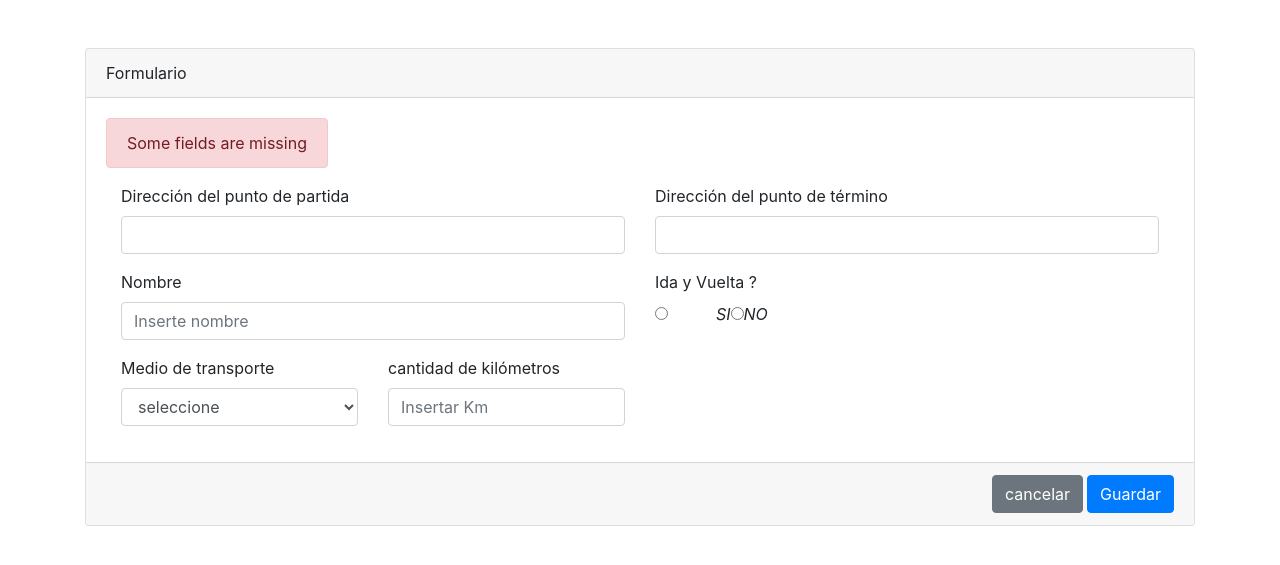
Repository: Jassan851031/foreachTask
Page: /
The author's editor kept a copy of each file at every save. The page is drawn from the files as they stood at one save, then again after the next save.
The browser window is 1280 px wide. The pictures show the whole page.
The project was rebuilt for these pictures with package versions that can differ from the ones it lists, and the page was loaded fresh each time. Also part of the build but not shown: src/App.css.

Above is the page before, as saved 2020-03-23 13:53:19.

### src/index.js
import React from 'react';
import ReactDOM from 'react-dom';
import 'bootstrap/dist/css/bootstrap.min.css';
import 'font-awesome/css/font-awesome.min.css';
import './index.css';
import App from './App';
import * as serviceWorker from './serviceWorker';


 // Add js files
 import 'jquery';
 import 'popper.js';
 import 'bootstrap';

ReactDOM.render(
  <React.StrictMode>
    <App />
  </React.StrictMode>,
  document.getElementById('root')
);

// If you want your app to work offline and load faster, you can change
// unregister() to register() below. Note this comes with some pitfalls.
// Learn more about service workers: https://bit.ly/CRA-PWA
serviceWorker.unregister();

### src/App.js
import React from 'react';
import './App.css';

function App() {
  return (
    <div className="container mt-5">
      <div className="row">
        <div className="col-md-12">
          <form>
            <div className="card">
              <div className="card-header">
                Formulario
              </div>
              <div className="card-body">
                <div className="container">
                  <div className="row">
                    <div id="col-md-12">
                      <div className="alert alert-danger">
                        Some fields are missing
                      </div>
                    </div>
                  </div>
                  <div className="row">
                    <div className="col-md-6">
                      <div className="form-g roup">
                        <label className="form-label">Dirección del punto de partida</label>
                        <input type="text" id="no_card" className="form-control" />
                      </div>
                    </div>
                    <div className="col-md-6">
                      <div className="form-group">
                        <label className="form-label">Dirección del punto de término</label>
                        <input type="text" id="key" className="form-control" />
                      </div>
                    </div>
                  </div>
                  <div className="row">
                    <div className="col-md-6">
                      <div className="form-group">
                        <label className="form-label">Nombre</label>
                        <input type="text" id="nombre" className="form-control" placeholder="Inserte nombre" />
                      </div>
                    </div>
                    <div className="col-md-6">
                      <div className="form-group">
                        <label className="form-label">Ida y Vuelta ?</label><br/>
                        <input className= "select mr-5" type="radio" />
                          <i className="si">SI</i>
                        <input type="radio" name="med_pago" />
                          <i className="no">NO</i>
                      </div>
                    </div>
                      </div>
                      <div className="row">
                        <div className="col-md-3">
                          <div className="form-group">
                            <label className="form-label">Medio de transporte</label>
                            <select id="estado" className="form-control">
                              <option value="">seleccione</option>
                              <option value="1"> option 1</option>
                              <option value="1"> option 2</option>
                              <option value="1"> option 3</option>
                              <option value="1"> option 4</option>
                            </select>
                          </div>
                        </div>
                        <div className="col-md-3">
                          <div className="form-group">
                            <label className="form-label">cantidad de kilómetros</label>
                            <input type="text" id="postal" className="form-control" placeholder="Insertar Km" />
                          </div>
                        </div>
                      </div>
                    </div>
                  </div>
                  <div className="card-footer text-right">
                    <button className="btn btn-secondary mr-1">cancelar</button>
                    <button className="btn btn-primary">Guardar</button>
                  </div>
                </div>
          </form>
            </div>
      </div>
        </div>
  );
}

export default App;

Loaded but not shown: public/index.html (common file); src/index.css (common file); src/serviceWorker.js (common file)

After the next save:
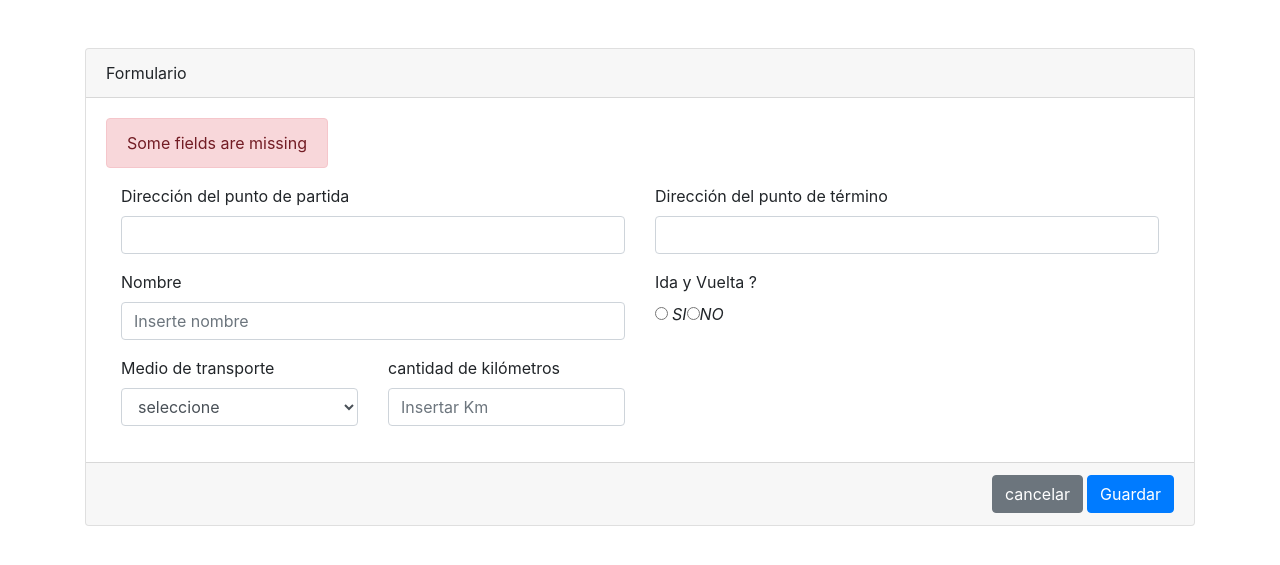
Saved 4 s later.
--- a/src/App.js
+++ b/src/App.js
@@ -44,7 +44,7 @@ function App() {
                     <div className="col-md-6">
                       <div className="form-group">
                         <label className="form-label">Ida y Vuelta ?</label><br/>
-                        <input className= "select mr-5" type="radio" />
+                        <input className= "select mr-1" type="radio" />
                           <i className="si">SI</i>
                         <input type="radio" name="med_pago" />
                           <i className="no">NO</i>
